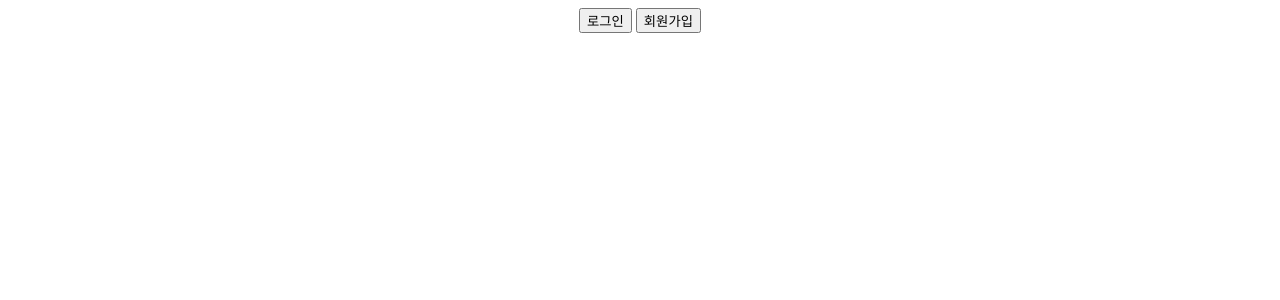
Repository: sujeong1799/JSP
Page: http://localhost/java_study/mem/login_auth
An editor plug-in stored every save of this project. The page is shown before and after the next save, followed by the edit.
The browser window is 1280 px wide. The pictures show the whole page.
The page is served by Tomcat 9. Other server files are loaded and not shown. Queries for data that is not in the repository find no rows.

Above is the page before, as saved 2023-05-17 11:55:48.

### jsp_project3-1/java_study/src/main/webapp/index.jsp
<%@ page language="java" contentType="text/html; charset=UTF-8"
    pageEncoding="UTF-8"%>
<%@ taglib prefix="c" uri="http://java.sun.com/jsp/jstl/core"%>
<!DOCTYPE html>
<html>
<head>
<meta charset="UTF-8">
<title>Insert title here</title>
</head>
<body>
<div align="center">
	<c:choose>
		<c:when test="${ses.id ne null }">
			<h1> ${ses.id }님 반갑습니다!  </h1>
			마지막 접속 : ${ses.last_login }<br>
			<a href=""><button>내가 쓴 글</button></a>
			<a href=""><button>글 목록 보기</button></a><br>
			<a href=""><button>회원정보수정</button></a>
			<a href=""><button>회원정보리스트</button></a>
			<br><br>
			<a href=""><button>로그아웃</button></a>
		</c:when>
		<c:when test="${ses.id eq null }">
			<a href="/mem/login"><button>로그인</button></a>
			<a href=""><button>회원가입</button></a>
		</c:when>
	</c:choose>
</div>

</body>
</html>

### jsp_project3-1/java_study/src/main/java/controller/MemberController.java
package controller;

import java.io.IOException;

import javax.servlet.RequestDispatcher;
import javax.servlet.ServletException;
import javax.servlet.annotation.WebServlet;
import javax.servlet.http.HttpServlet;
import javax.servlet.http.HttpServletRequest;
import javax.servlet.http.HttpServletResponse;
import javax.servlet.http.HttpSession;

import org.slf4j.Logger;
import org.slf4j.LoggerFactory;

import domain.MemberVO;
import service.MemberService;
import service.MemberServiceImpl;


@WebServlet("/mem/*")
public class MemberController extends HttpServlet {
   private static final long serialVersionUID = 1L;
    //log 설정
   //private static final Logger log = LoggerFactory.getLogger(클래스명.class);
   private static final Logger log = LoggerFactory.getLogger(MemberController.class);
   private RequestDispatcher rdp;
   private MemberService msv;
   private int isOk; //확인
   private String destPage; //목적지주소



    public MemberController() {
        msv = new MemberServiceImpl(); //멤버의 서비스를 구현한 객체
    }


   protected void service(HttpServletRequest request, HttpServletResponse response) throws ServletException, IOException {
      // charactorEncoding 설정 / contentType / uri경로 확인
      request.setCharacterEncoding("utf-8");
      response.setCharacterEncoding("utf-8");
      response.setContentType("text/html; charset=utf-8");

      String uri = request.getRequestURI(); //전체 요청경로
      System.out.println(">>> uri  " + uri);
      String path = uri.substring(uri.lastIndexOf("/")+1);
      log.info(">>path: " +path);


      switch(path) {
      case "join":
    	  destPage = "/member/join.jsp";
         break;

      case "register":
    	  try {
    		  String id = request.getParameter("id");
    		  String password = request.getParameter("password");
    		  String email = request.getParameter("email");
    		  int birth = Integer.parseInt(request.getParameter("birth")) ;
    		  //파라미터로 mvo객체 생성
    		  MemberVO mvo = new MemberVO(id,password, email,birth);
    		  log.info(">>>>> mvo "+mvo);
    		  isOk = msv.register(mvo);
    		  log.info(">>> JOIN > " + (isOk > 0 ? "성공" : "실패"));
		} catch (Exception e) {
			// TODO: handle exception
		}
         destPage = "/"; //이렇게만 적어도 index페이지로 이동
         break;

      case "login":
    	  destPage="/member/login.jsp";
    	  break;

      case "login_auth":
    	  try {
    		  // 해당 id, password가 DB상에 있는지 체크
    		  String id = request.getParameter("id");
    		  String password = request.getParameter("password");

    		  MemberVO mvo = new MemberVO(id, password);
    		  log.info(">>> login 요청 " + mvo);

    		  MemberVO loginMvo = msv.login(mvo);

    		  if(loginMvo !=null) {

    			  HttpSession ses = request.getSession();
    			  ses.setAttribute("ses", loginMvo);
    			  ses.setMaxInactiveInterval(10*60);
    		  }else {
    			  request.setAttribute("msg_login", 0);
    		  }

		} catch (Exception e) {
			e.printStackTrace();
		}
    	  destPage="/";
    	  break;
      }


      rdp = request.getRequestDispatcher(destPage);
      rdp.forward(request, response);

   }


   protected void doGet(HttpServletRequest request, HttpServletResponse response) throws ServletException, IOException {
      // TODO Auto-generated method stub
      service(request, response);
   }


   protected void doPost(HttpServletRequest request, HttpServletResponse response) throws ServletException, IOException {
      // TODO Auto-generated method stub
      service(request, response);
   }

}

### jsp_project3-1/java_study/src/main/java/service/MemberServiceImpl.java
package service;

import org.slf4j.Logger;
import org.slf4j.LoggerFactory;

import domain.MemberVO;
import repository.MemberDAO;
import repository.MemberDAOImpl;


public class MemberServiceImpl implements MemberService {

	private static final Logger log = LoggerFactory.getLogger(MemberServiceImpl.class);
	private MemberDAO mdao;

	public MemberServiceImpl() {
		mdao = new MemberDAOImpl();
	}

	@Override
	public int register(MemberVO mvo) {
		log.info("register service 진입!");

		return mdao.insert(mvo);
	}

	@Override
	public MemberVO login(MemberVO mvo) {
		log.info("login service 진입!");
		return mdao.login(mvo);
	}



}

### jsp_project3-1/java_study/src/main/java/repository/MemberDAO.java
package repository;

import domain.MemberVO;

public interface MemberDAO {

	int insert(MemberVO mvo);

	MemberVO login(MemberVO mvo);


}

### jsp_project3-1/java_study/src/main/java/repository/MemberDAOImpl.java
package repository;

import org.apache.ibatis.session.SqlSession;
import org.slf4j.Logger;
import org.slf4j.LoggerFactory;

import domain.MemberVO;
import orm.DatabaseBuilder;

public class MemberDAOImpl implements MemberDAO {

	private static final Logger log = LoggerFactory.getLogger(MemberDAOImpl.class);
	private SqlSession sql;
	private String NS = "MemberMapper.";

	public MemberDAOImpl() {
		new DatabaseBuilder();
		sql = DatabaseBuilder.getFactory().openSession(); // sql연결
	}

	@Override
	public int insert(MemberVO mvo) {
		log.info(">>> insert DAO 진입");
		int isOk = sql.insert(NS+"reg", mvo);
		if(isOk > 0) {
			sql.commit();
		}
		return isOk;
	}

	@Override
	public MemberVO login(MemberVO mvo) {
		log.info(">>> login DAO 진입");
		// 어차피 객체로 들어감
		// 검색된 객체를 가져오는거라서 isOK안써도 됨
		return sql.selectOne(NS+"log", mvo);
	}



}

### jsp_project3-1/java_study/src/main/java/orm/DatabaseBuilder.java
package orm;

import java.io.IOException;

import org.apache.ibatis.io.Resources;
import org.apache.ibatis.session.SqlSessionFactory;
import org.apache.ibatis.session.SqlSessionFactoryBuilder;
import org.slf4j.Logger;
import org.slf4j.LoggerFactory;

public class DatabaseBuilder {

	private static Logger log = LoggerFactory.getLogger(DatabaseBuilder.class);
	private static SqlSessionFactory factory;
	private static final String config ="orm/MybatisConfig.xml";

	static {
		try {
			factory = new SqlSessionFactoryBuilder().build(
					Resources.getResourceAsReader(config));
		} catch (IOException e) {
			log.info("Mybatis 설정 오류");
			e.printStackTrace();
			// TODO: handle exception
		}
	}

	public static SqlSessionFactory getFactory() {
		return factory;
	}
}

### jsp_project3-1/java_study/src/main/java/domain/MemberVO.java
package domain;

public class MemberVO {

/*
create table member(
id varchar(100) not null,
password varchar(100) not null,
email varchar(100) not null,
birth int,
reg_date datetime default now(),
last_login datetime,
Primary key(id));
*/

	private String id;
	private String password;
	private String email;
	private int birth;
	private String reg_date;
	private String last_login;

	//생성자

	public MemberVO() {}

	// 로그인 생성자
	public MemberVO(String id, String password) {
		this.id = id;
		this.password = password;
	}

	// 등록 생성자


	public MemberVO(String id, String password, String email, int birth) {
		this.id = id;
		this.password = password;
		this.email = email;
		this.birth = birth;
	}


	@Override
	public String toString() {
		return "MemberVO [id=" + id + ", password=" + password + ", email=" + email + ", birth=" + birth + ", reg_date="
				+ reg_date + ", last_login=" + last_login + "]";
	}

	// 회원리스트 생성자
	public MemberVO(String id, String email, String reg_date) {
		this.id = id;
		this.email = email;
		this.reg_date = reg_date;
	}

	// 회원정보보기 생성자
	public MemberVO(String id, String email, int birth, String reg_date, String last_login) {
		this.id = id;
		this.email = email;
		this.birth = birth;
		this.reg_date = reg_date;
		this.last_login = last_login;
	}

	// 정보수정 생성자
	public MemberVO(String password, String email, int birth) {
		this.password = password;
		this.email = email;
		this.birth = birth;
	}


	// getter / setter

	public String getId() {
		return id;
	}

	public void setId(String id) {
		this.id = id;
	}

	public String getPassword() {
		return password;
	}

	public void setPassword(String password) {
		this.password = password;
	}

	public String getEmail() {
		return email;
	}

	public void setEmail(String email) {
		this.email = email;
	}

	public int getBirth() {
		return birth;
	}

	public void setBirth(int birth) {
		this.birth = birth;
	}

	public String getReg_date() {
		return reg_date;
	}

	public void setReg_date(String reg_date) {
		this.reg_date = reg_date;
	}

	public String getLast_login() {
		return last_login;
	}

	public void setLast_login(String last_login) {
		this.last_login = last_login;
	}







}

After the next save:
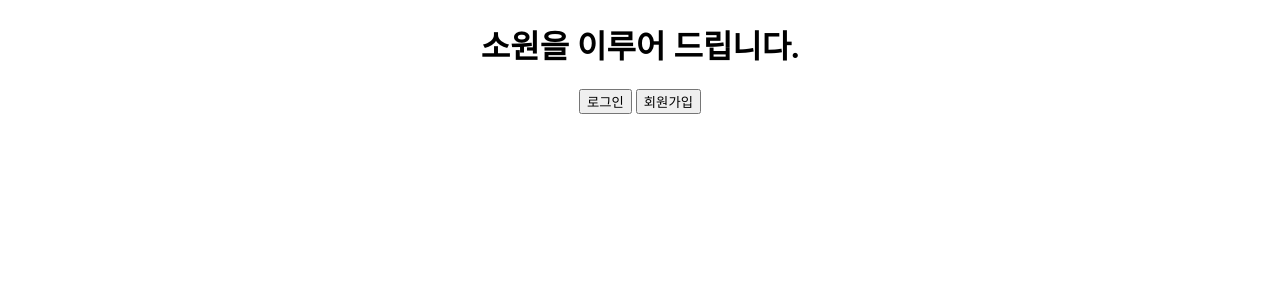
Saved 49 s later.
--- a/jsp_project3-1/java_study/src/main/webapp/index.jsp
+++ b/jsp_project3-1/java_study/src/main/webapp/index.jsp
@@ -21,6 +21,7 @@
 			<a href=""><button>로그아웃</button></a>
 		</c:when>
 		<c:when test="${ses.id eq null }">
+			<h1> 소원을 이루어 드립니다. </h1>
 			<a href="/mem/login"><button>로그인</button></a>
 			<a href=""><button>회원가입</button></a>
 		</c:when>
